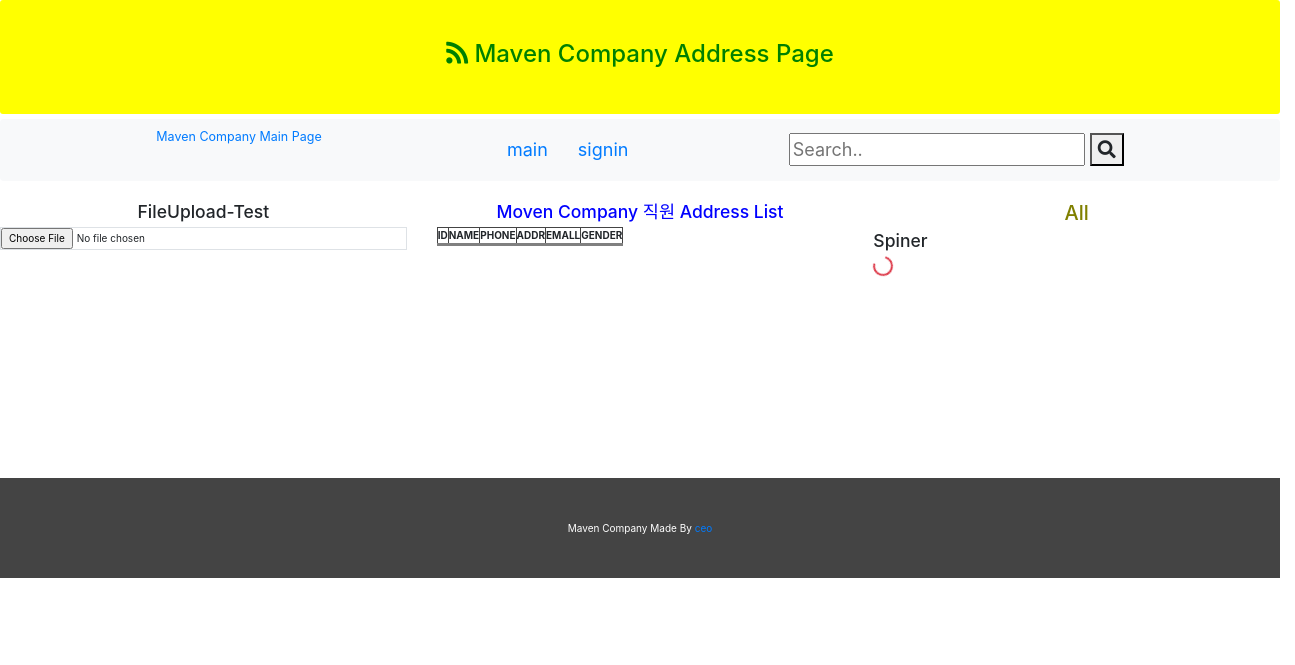
Repository: as2019a/spring
Page: http://localhost/ch19_project_mavenwebsite/WEB-INF/views/address.jsp
An editor plug-in stored every save of this project. The page is shown before and after the next save, followed by the edit.
The browser window is 1280 px wide. The page is 1295 px wide, so the pictures cover 1295 px, including what lies to the right of the window. The pictures show the whole page.
Some web libraries are served in a nearby version. The page is served by Tomcat 9. Nobody is signed in. Other server files are loaded and not shown. The template is opened directly, without the code that normally fills it, so the values that code supplies are empty.

Above is the page before, as saved 2019-02-01 06:16:59.

### ch19_project_mavenwebsite/src/main/webapp/WEB-INF/views/address.jsp
<%@ page language="java" contentType="text/html; charset=UTF-8"
    pageEncoding="UTF-8"%>
<%@ taglib prefix="c" uri="http://java.sun.com/jsp/jstl/core" %>
<%@ taglib prefix="sec" uri="http://www.springframework.org/security/tags" %>
<!DOCTYPE html>
<html>
<head>
<meta charset="UTF-8">
<meta name="viewport"
 	  content="width=device-width, initial-scale=1">
<title>Maven Company Address Page</title>
<link href="https://maxcdn.bootstrapcdn.com/bootstrap/3.3.2/css/bootstrap.min.css" rel="stylesheet">
<link rel="stylesheet" href="https://maxcdn.bootstrapcdn.com/bootstrap/4.2.1/css/bootstrap.min.css">
<link rel="stylesheet" href="https://use.fontawesome.com/releases/v5.5.0/css/all.css">
<style>
	.jumbotron{
		margin-bottom: 5px;
	}

	.jumbotron:hover{
		background-color:yellow;
	}

	#center:hover{
		color:orange;
	}

	#center{
		font-size:x-large;
		color:green;
	}

	#mca{
		text-align:center;
		color:blue;
		border-bottom:1px;
	}

	table{
		border-bottom-style:solid;
	}

	th, td {
		text-align:center;
    	border: 1px solid #444444;
  	}

	.navbar{
		font-size:large;
	}

	.footer{
		height: 100px;
		line-height: 100px;
		background-color: #444;
		color: white;
		text-align: center;
		margin-top: 200px;
	}
</style>
</head>
<body>
	<div class="jumbotron">
		<h1 class="text-center" id="center"><i class='fas fa-rss' style='font-size:25px'></i> Maven Company Address Page</h1>
	</div>
	<div class="navbar navbar-expand-sm bg-light">
		<div class="container-fluid">
			<div class="navbar-header">
					<button type="button"
							class="navbar-toggle"
							data-toggle="collapse"
							data-target="#navbar">
							<span class="icon-bar"></span>
							<span class="icon-bar"></span>
							<span class="icon-bar"></span>
					</button>
					<a class="navbar-brand" href="#">Maven Company Main Page</a>
	    		</div>
	    	<div>
	      	<div class="collapse navbar-collapse" id="myNavbar">
				<ul class="nav navbar-nav">
					<li><a href="/main">main</a></li>
					<sec:authorize access="!isAuthenticated()">
					<li><a href="/user/signin">signin</a></li>
					</sec:authorize>
					<sec:authorize access="isAuthenticated()">
					<li><a href="/user/signup">signup</a></li>
					</sec:authorize>
					<sec:authorize access="isAuthenticated()">
					<li><a href="/board/list">board</a></li>
					</sec:authorize>
					<sec:authorize access="isAuthenticated()">
					<li><a href="/mypage">mypage</a></li>
					</sec:authorize>
					<sec:authorize access="isAuthenticated()">
					<li><a href="/address">address</a></li>
					</sec:authorize>
					<sec:authorize access="isAuthenticated()">
					<li><a href="/cafe">cafe</a></li>
					</sec:authorize>
					<sec:authorize access="isAuthenticated()">
					<li><a href="/calendar">calendar</a></li>
					</sec:authorize>
					<sec:authorize access="isAuthenticated()">
					<li><a href="/worlduniversity">worlduniversity</a></li>
					</sec:authorize>
					<sec:authorize access="isAuthenticated()">
					<li><a href="/etc">etc</a></li>
					</sec:authorize>
					<sec:authorize access="hasRole('ROLE_MANAGER')">
					<li><a href="/manager">manager</a></li>
					</sec:authorize>
					<sec:authorize access="hasRole('ROLE_ADMIN')">
					<li><a href="/admin">admin</a></li>
					</sec:authorize>
					<sec:authorize access="isAuthenticated()">
					<li><a href="javascript:signout()">signout</a></li>
					</sec:authorize>
				</ul>
			</div>
		</div>
			<div class="search-container">
		    <form action="/action_page.php">
		      <input type="text" placeholder="Search.." name="search">
		      <button type="submit"><i class="fa fa-search"></i></button>
		    </form>
		  </div>
		</div>
	</div>
	<div class="row">
	  <div class="col">
	  	<h3 style="text-align:center;">FileUpload-Test</h3>
		<input type="file" class="form-control-file border">
	  </div>
	  <div class="col">
	  	<h3 id="mca">Moven Company 직원 Address List</h3>
	  	<table>
	  		<tr>
	  			<th>ID</th>
	  			<th>NAME</th>
	  			<th>PHONE</th>
	  			<th>ADDR</th>
	  			<th>EMALL</th>
	  			<th>GENDER</th>
	  		</tr>
	  		<tbody>
	  		<c:forEach var="address" items="${AddressList }" varStatus="status">
		  		<tr style="cursor:pointer;"
					onclick="location.href='/address?id=${address.user_id}'">
		  			<td>${address.user_id }</td>
		  			<td>${address.signup_name }</td>
		  			<td>${address.signup_phone }</td>
		  			<td>${address.signup_addr }</td>
		  			<td>${address.signup_email }</td>
		  			<td>${address.gender }</td>
		  		</tr>
	  		</c:forEach>
	  		</tbody>
	  	</table>
	  </div>
	  <div class="col">
	  	<h2 style="text-align:center;color:olive;">All</h2>
	  	<h3>Spiner</h3>
	  	<div class="spinner-border text-danger"></div>
	  </div>
	</div>
	<div class="footer">
		Maven Company Made By <a href="/footerceo">ceo</a>
	</div>
	<script src="https://code.jquery.com/jquery-3.3.1.min.js"></script>
	<script src="https://maxcdn.bootstrapcdn.com/bootstrap/3.3.2/js/bootstrap.min.js"></script>
	<script src="https://cdnjs.cloudflare.com/ajax/libs/popper.js/1.14.6/umd/popper.min.js"></script>
	<script src="https://maxcdn.bootstrapcdn.com/bootstrap/4.2.1/js/bootstrap.min.js"></script>
	<script>
		function signout(){
			var form = document.createElement("form");
			form.method="post";
			form.action="/user/signout";
			var input = document.createElement("input");
			input.type="hidden";
			input.name="${_csrf.parameterName}";
			input.value="${_csrf.token}";
			form.appendChild(input);
			document.body.appendChild(form);
			form.submit();
		}


	</script>
</body>
</html>

After the next save:
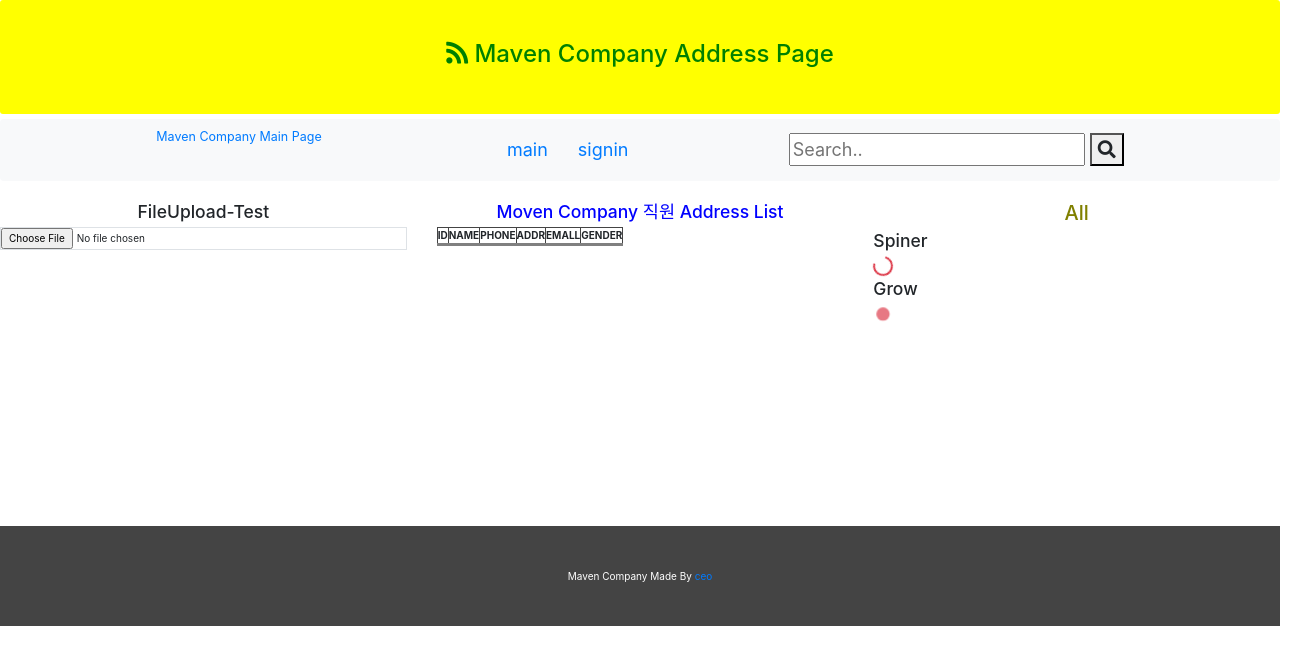
Saved 36 s later.
--- a/ch19_project_mavenwebsite/src/main/webapp/WEB-INF/views/address.jsp
+++ b/ch19_project_mavenwebsite/src/main/webapp/WEB-INF/views/address.jsp
@@ -162,6 +162,8 @@
 	  	<h2 style="text-align:center;color:olive;">All</h2>
 	  	<h3>Spiner</h3>
 	  	<div class="spinner-border text-danger"></div>
+	  	<h3>Grow</h3>
+	  	<div class="spinner-grow text-danger"></div>
 	  </div>
 	</div>
 	<div class="footer">
